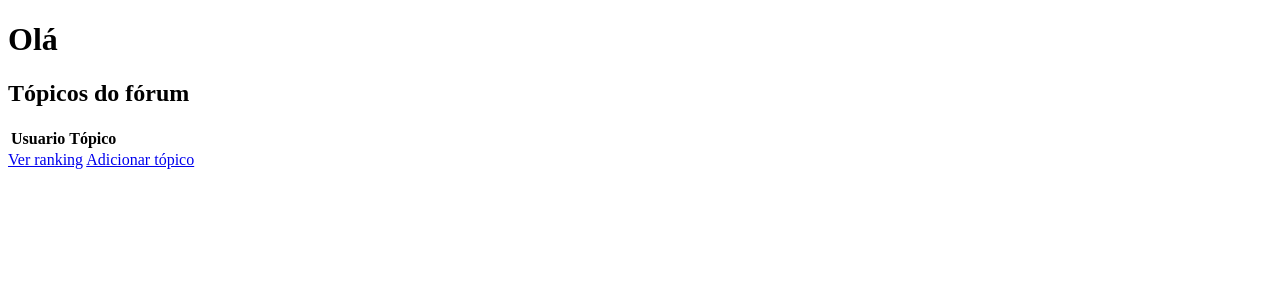
Repository: tainansv/desenvolvimento-agil-com-java-avan-ado
Page: http://localhost/Forum/topicos
The author's editor kept a copy of each file at every save. The page is drawn from the files as they stood at one save, then again after the next save.
The browser window is 1280 px wide. The pictures show the whole page.
The page is served by Tomcat 9. Queries for data that is not in the repository find no rows.

Above is the page before, as saved 2016-10-06 20:54:42.

After the next save:
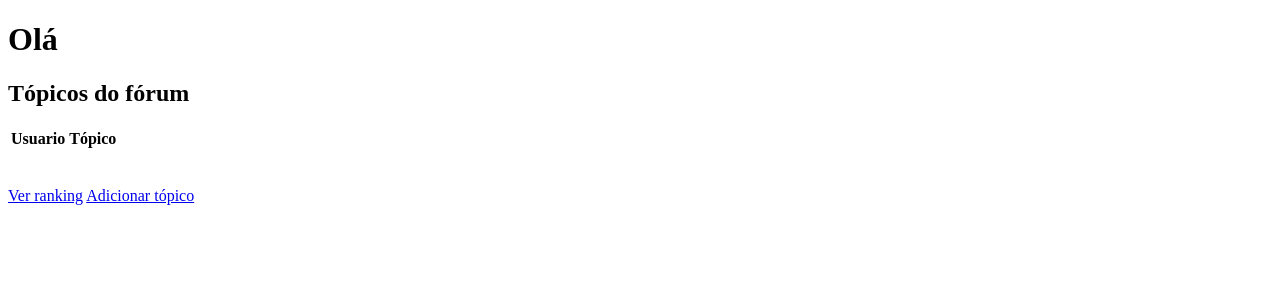
Saved 5 min 45 s later.
--- a/Forum/WebContent/topicos.jsp
+++ b/Forum/WebContent/topicos.jsp
@@ -20,12 +20,17 @@
 			<tr bgcolor="#${id.count % 2 == 0 ? 'aaee88' : '8099ff' }">
 				<td>${topico.login }</td>
 				<td>${topico.titulo }</td>
-				<td><a href="exibir?topicoID=${topico.id }" >Ver tópico</a></td>
+				<td>
+					<form action="exibir">
+						<input type="hidden" name="topicoID" value="${topico.id }" />
+						<input type="submit" value="Ver tópico" />
+					</form>
+				</td>
 			</tr>
 		</c:forEach>
 	</table>
 
-
+	<br><br>
 	<a href="ranking">Ver ranking</a>
 	<a href="insere-topico.jsp">Adicionar tópico</a>
 
